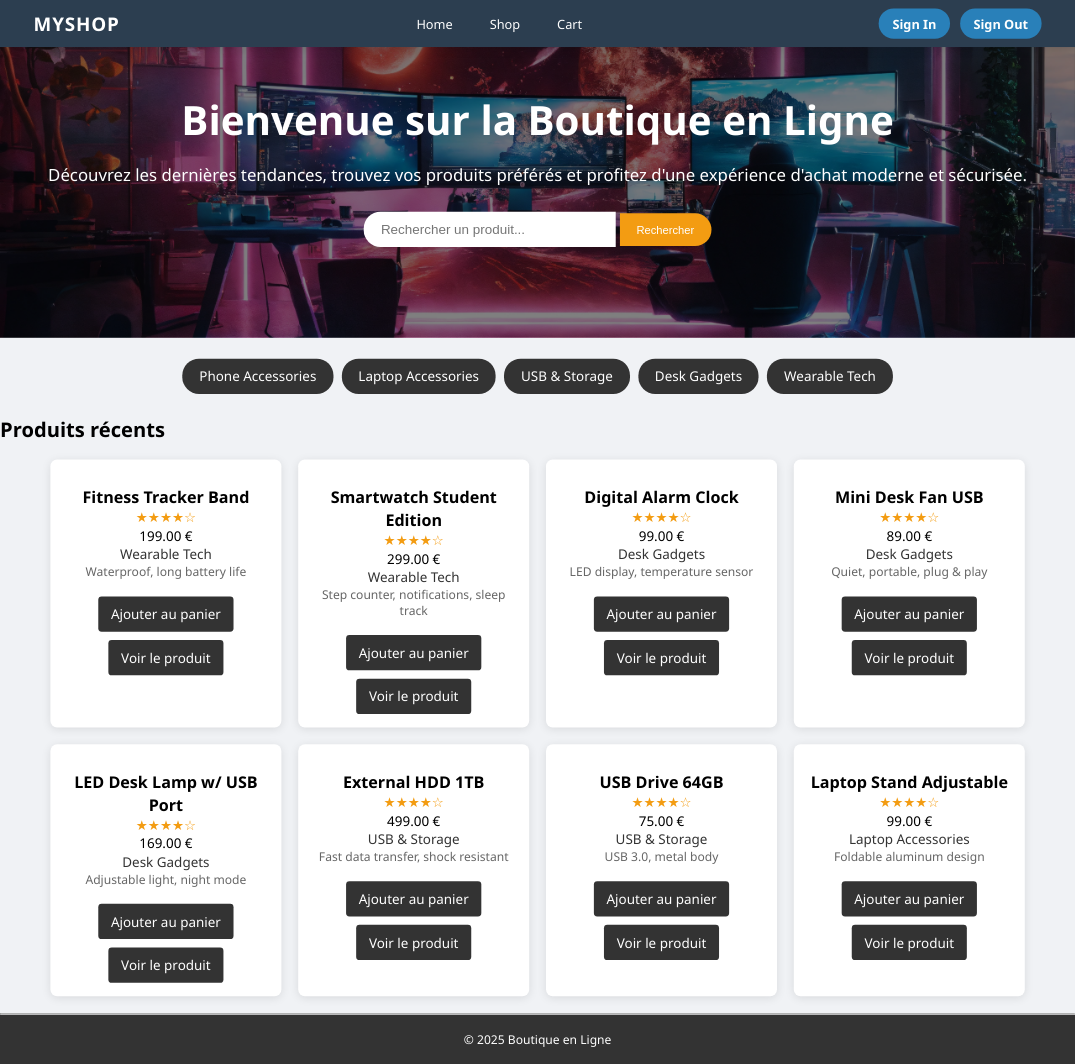
Repository: kiraj-walid/ecomerce
Page: http://localhost/
The author's editor kept a copy of each file at every save. The page is drawn from the files as they stood at one save, then again after the next save.
The browser window is 1280 px wide. The pictures show the whole page, at 84% of full size.
The page is run by PHP 8.4 with error messages shown; the project is at /var/www/html/. The database holds what the project's SQL file puts in it. Queries for data that is not in the repository find no rows.

Above is the page before, as saved 2025-05-07 15:17:29.

After the next save:
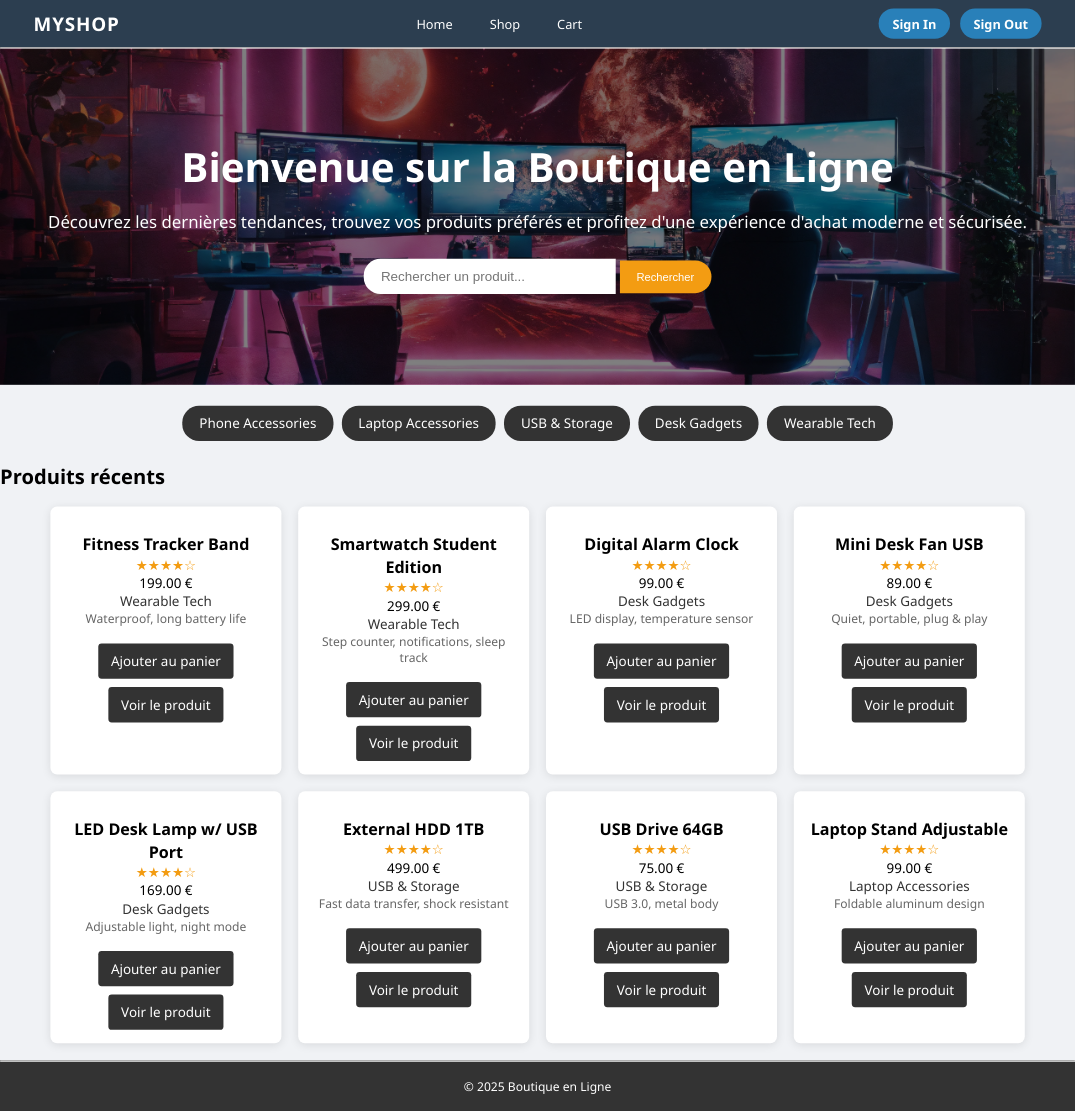
Saved 44 s later.
--- a/assets/css/style.css
+++ b/assets/css/style.css
@@ -11,13 +11,10 @@ body {
 }
 /* Navbar */
 nav {
-    background-color: #2C3E50; /* Dark blue */
-    padding: 10px 20px; /* Reduced padding */
-    position: fixed;
-    top: 0;
-    left: 0;
+    background-color: #2C3E50;
+    padding: 10px 20px;
+    /* Remove position: fixed; for normal scrolling */
     width: 100%;
-    z-index: 10;
     box-shadow: 0 4px 10px rgba(0, 0, 0, 0.1);
 }
 
